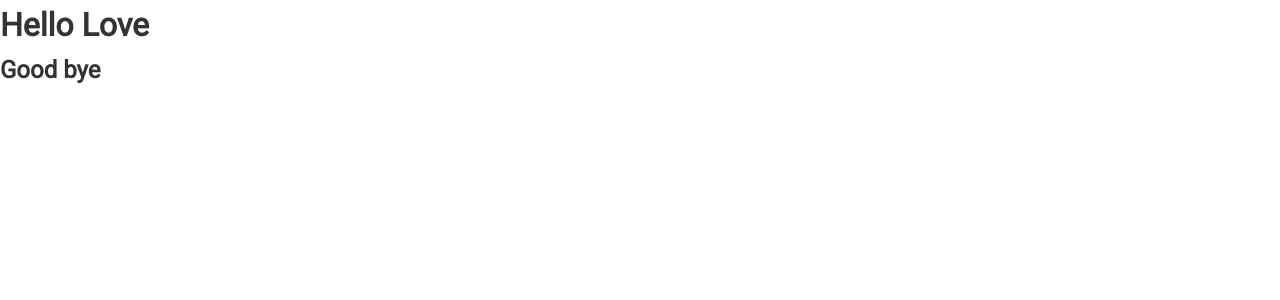
Repository: messimacky/github-finder
Page: /
An editor plug-in stored every save of this project. The page is shown before and after the next save, followed by the edit.
The browser window is 1280 px wide. The pictures show the whole page.
The project was rebuilt for these pictures with package versions that can differ from the ones it lists, and the page was loaded fresh each time.

Above is the page before, as saved 2022-02-20 16:47:43.

### public/index.html
<!DOCTYPE html>
<html lang="en">
  <head>
    <meta charset="utf-8" />
    <link rel="icon" href="%PUBLIC_URL%/favicon.ico" />
    <meta name="viewport" content="width=device-width, initial-scale=1" />
    <meta name="theme-color" content="#000000" />
    <meta
      name="description"
      content="Web site created using create-react-app"
    />
    <link rel="apple-touch-icon" href="%PUBLIC_URL%/logo192.png" />

    <link rel="manifest" href="%PUBLIC_URL%/manifest.json" />

    <title>React App</title>
  </head>
  <body>
    <noscript>You need to enable JavaScript to run this app.</noscript>
    <div id="root"></div>
  </body>
</html>

### src/App.js
import React, { Component, Fragment } from 'react';
import './App.css';

class App extends React.Component {

render(){
  const name = "Love";
  return (
    <div className='App'>
    <h1> Hello {name}</h1>
    <h2>Good bye</h2>
    </div>
  );
}


}

export default App;

Loaded but not shown: src/index.js (common file); src/App.css (common file)

After the next save:
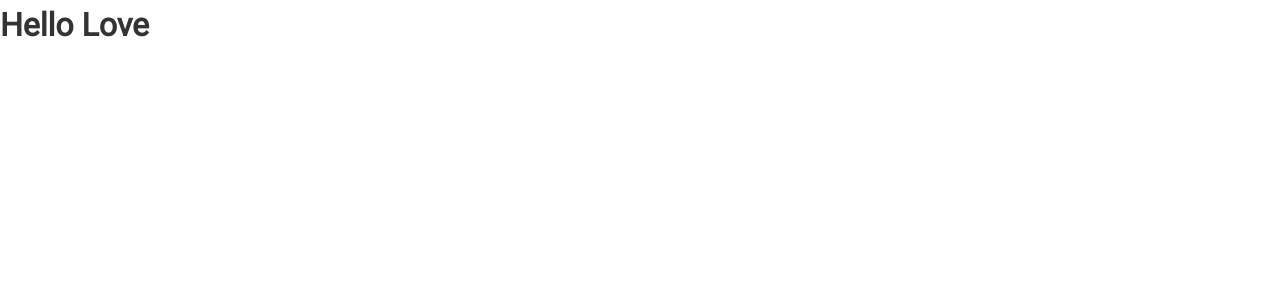
Saved 8 s later.
--- a/src/App.js
+++ b/src/App.js
@@ -8,7 +8,6 @@
   return (
     <div className='App'>
     <h1> Hello {name}</h1>
-    <h2>Good bye</h2>
     </div>
   );
 }
